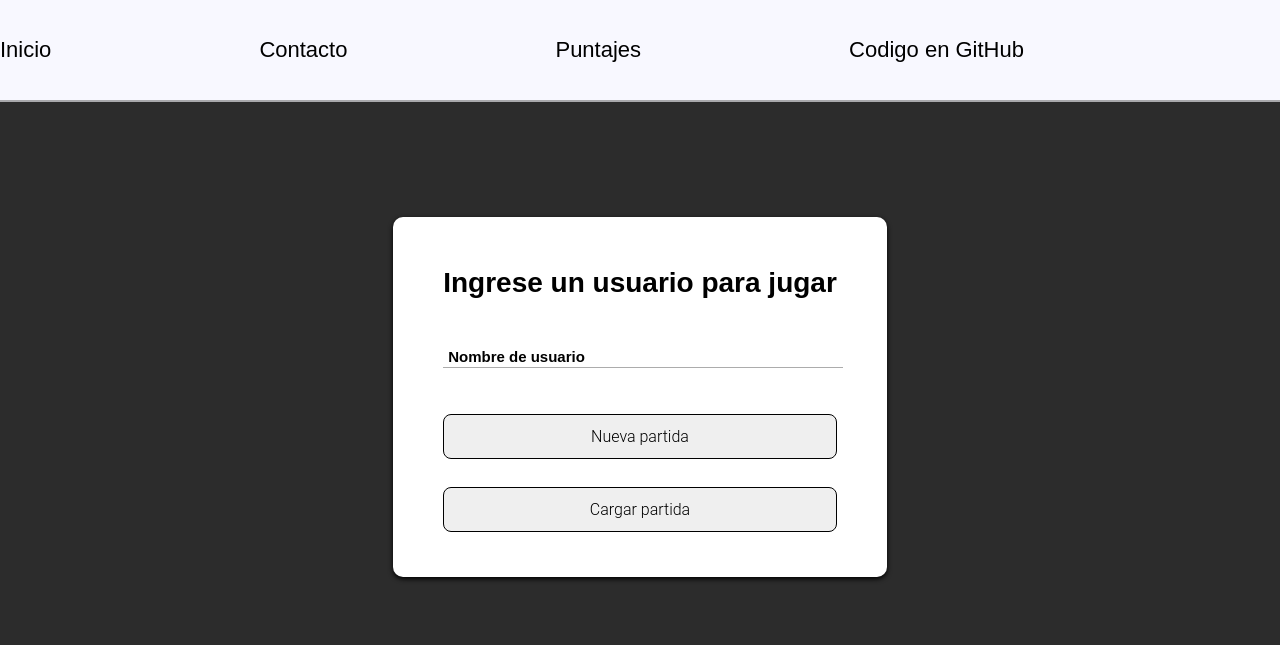
Repository: FacundoKinderknecht/FacundoKinderknecht_Wordle_Game_LPPA
Page: index.html
The author's editor kept a copy of each file at every save. The page is drawn from the files as they stood at one save, then again after the next save.
The browser window is 1280 px wide. The pictures show the whole page.

Above is the page before, as saved 2023-08-08 02:55:34.

### index.html
<!DOCTYPE html>
<html lang="en">
    <head>
        <meta charset="UTF-8">
        <meta http-equiv="X-UA-Compatible" content="IE=edge">
        <meta name="viewport" content="width=device-width, initial-scale=1.0">
        <link rel ="stylesheet" href="/css/reset.css">
        <link rel="stylesheet" href="/css/index.css">
        <link rel="stylesheet" href="/css/styles.css">
        <script src="/js/index.js"></script>

        <title>Final LPPA Facundo Kinderknecht</title>
    </head>
    <body>
        <header>
            <nav class="navbar">
                <a href="">Inicio</a>
                <a href="">Contacto</a>
                <a href="">Puntajes</a>
                <a href="https://github.com/FacundoKinderknecht/FacundoKinderknecht_Wordle_Game_LPPA" target="_blank">Codigo en GitHub</a>
            </nav>
        </header>

        <div class="form-container">
            <form class="form-user">
                <h2 class="form-title">Ingrese un usuario para jugar</h2>
                <fieldset class="group-form">
                    <input class="form-txt" id="txt-user" placeholder="">
                    <label class="form-lbl" id="lbl-user" for="txt-user">Nombre de usuario</label>
                </fieldset>
                <input type="button" class="form-button" value="Nueva partida" id="btn-new">
                <input type="button" class="form-button" value="Cargar partida" id="btn-load">
            </form>
        </div>
    </body>
</html>

### css/reset.css
/* http://meyerweb.com/eric/tools/css/reset/
   v2.0 | 20110126
   License: none (public domain)
*/

html, body, div, span, applet, object, iframe,
h1, h2, h3, h4, h5, h6, p, blockquote, pre,
a, abbr, acronym, address, big, cite, code,
del, dfn, em, img, ins, kbd, q, s, samp,
small, strike, strong, sub, sup, tt, var,
b, u, i, center,
dl, dt, dd, ol, ul, li,
fieldset, form, label, legend,
table, caption, tbody, tfoot, thead, tr, th, td,
article, aside, canvas, details, embed,
figure, figcaption, footer, header, hgroup,
menu, nav, output, ruby, section, summary,
time, mark, audio, video {
	margin: 0;
	padding: 0;
	border: 0;
	font-size: 100%;
	font: inherit;
	vertical-align: baseline;
}

### css/index.css
form{
    background-color: white;
    margin: 100px auto;
    width: 90%;
    max-width: 400px;
    padding: 50px;
    padding-bottom: 25px;
    border-radius: 10px;
    box-shadow: 0px 2px 5px;
    text-align: center;
}

.form-title{
    font-size: 28px;
    margin-bottom: 40px;
    font-weight: 700;
}

.form-container{
    margin-top: 50px;
    display:flex;
    margin: auto;
}

.group-form{
    width: 100%;
    position: relative;
    margin-bottom: 30px;
}

.form-txt{
    width: 100%;
    background: none;
    margin-bottom: 8px;
    color: rgb(27, 27, 27);
    font-size: 16px;
    padding: 5px 3px;
    border:none;
    outline:none;
    border-bottom: 1px solid rgb(87, 87, 87, 0.49);
}

.form-txt:focus + .form-lbl, .form-txt:not(:placeholder-shown) + .form-lbl{
    transform: translateY(-13px) scale(0.9);
    transform-origin: left top;
}

.form-lbl{
    position:absolute;
    font-size: 15px;
    top:0;
    left:5px;
    font-weight: bold;
    transform: translateY(9px);
    transform-origin: left bottom;
    transition: transform .5s;
}

.form-txt-error{
    width: 100%;
    color:rgb(255, 0, 0);
    text-align: center;
}

.form-button{
    width: 100%;
    font-family: 'Roboto', sans-serif;
    font-weight: 300;
    font-size: 16px;
    padding: 12px 0px;
    border: 1px solid;
    border-radius: 8px;
    cursor: pointer;
    transition: background-color .3s;
    margin-top: 8px;
    margin-bottom: 20px;
}

.hidden{
    display: none;
}

### css/styles.css
body{
    font-family: Arial, Helvetica, sans-serif;
    background-color: rgba(0, 0, 0, 0.827);
    display:flex;
    align-items: center;
    flex-direction: column;
}

header{
    width: 100%;
    height: 100px;
    margin-bottom: 15px;
    display: flex;
    justify-content: justify-content;
    align-items: center;
    background-color: ghostwhite;
    border-bottom: 2px solid rgb(87, 87, 87, 0.49);
}

header nav{
    display:inherit;
    justify-content: space-between;
    width: 80%;
}

header nav a{
    text-decoration: none;
    font-weight: 400;
    font-size: 22px;
    color: black;
}

header nav a:hover{
    font-size: 30px;
}

header nav i{
    font-size: 22px;
}

.hidden {
    display:none;
}

Loaded but not shown: js/index.js (no stored copy; drawn as an empty file)

After the next save:
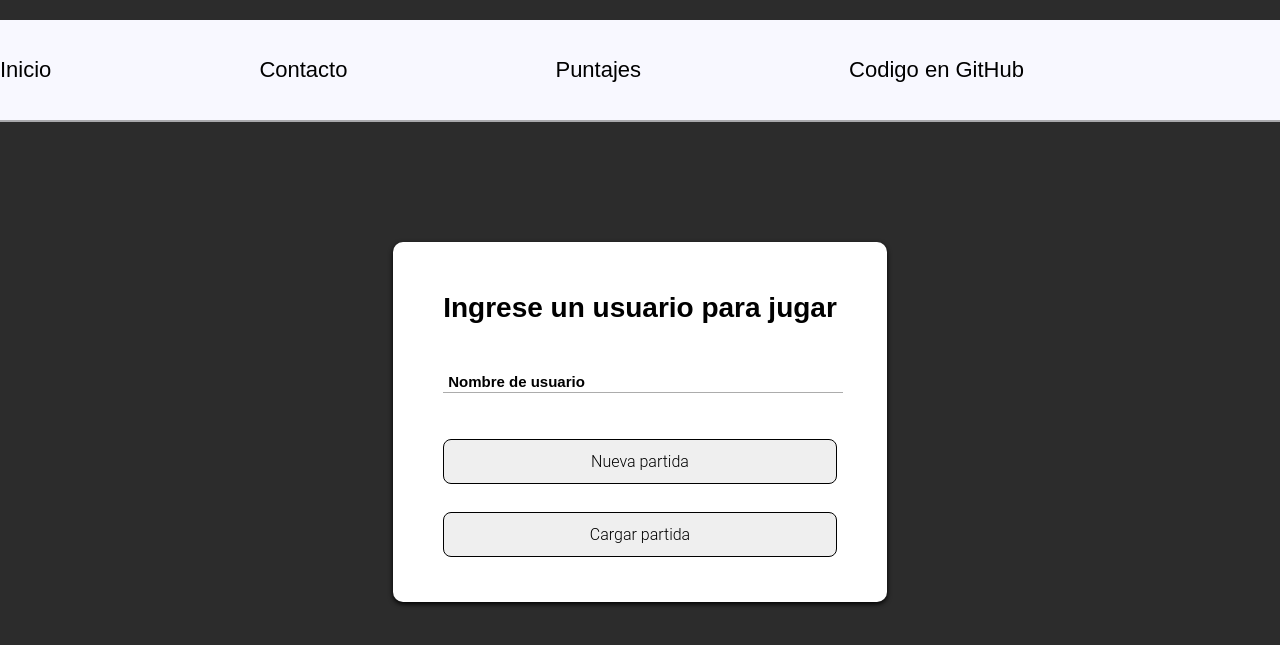
Saved 14 s later.
--- a/css/styles.css
+++ b/css/styles.css
@@ -14,6 +14,7 @@
     justify-content: justify-content;
     align-items: center;
     background-color: ghostwhite;
+    margin: 20px;
     border-bottom: 2px solid rgb(87, 87, 87, 0.49);
 }
 

After the 2 saves that followed:
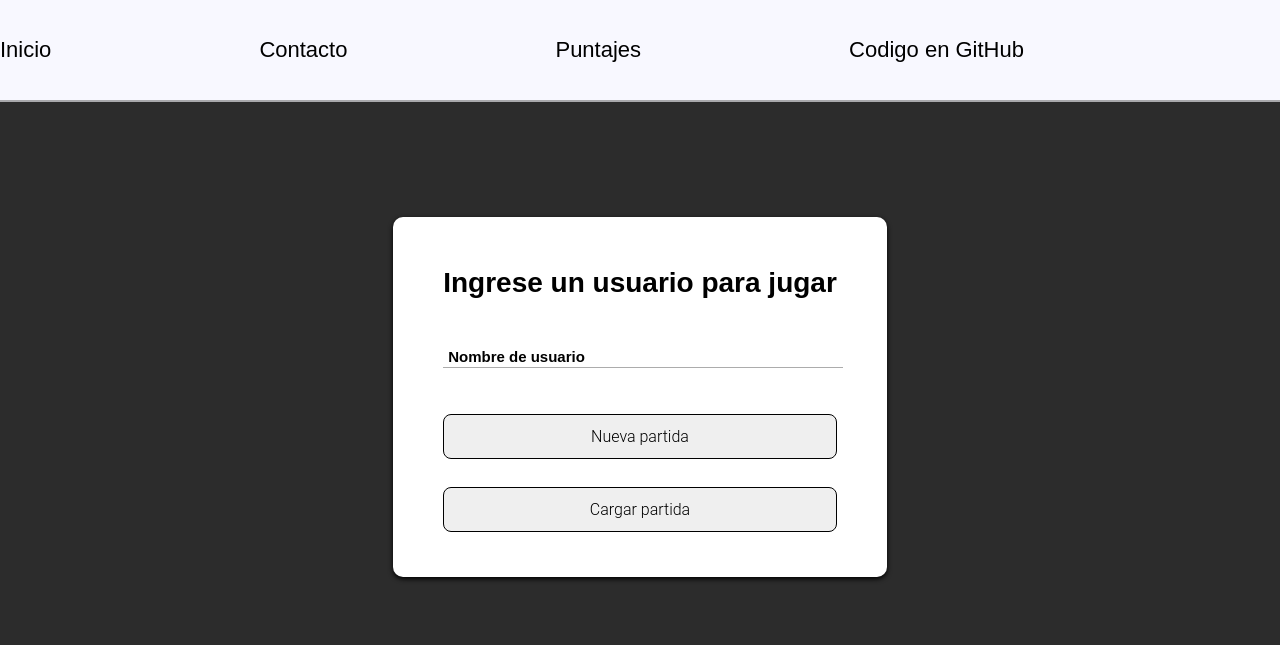
The 2 saves are shown as one change because they came seconds apart.
The last was saved 11 s later.
--- a/css/styles.css
+++ b/css/styles.css
@@ -14,7 +14,7 @@
     justify-content: justify-content;
     align-items: center;
     background-color: ghostwhite;
-    margin: 20px;
+    border100px;
     border-bottom: 2px solid rgb(87, 87, 87, 0.49);
 }
 
